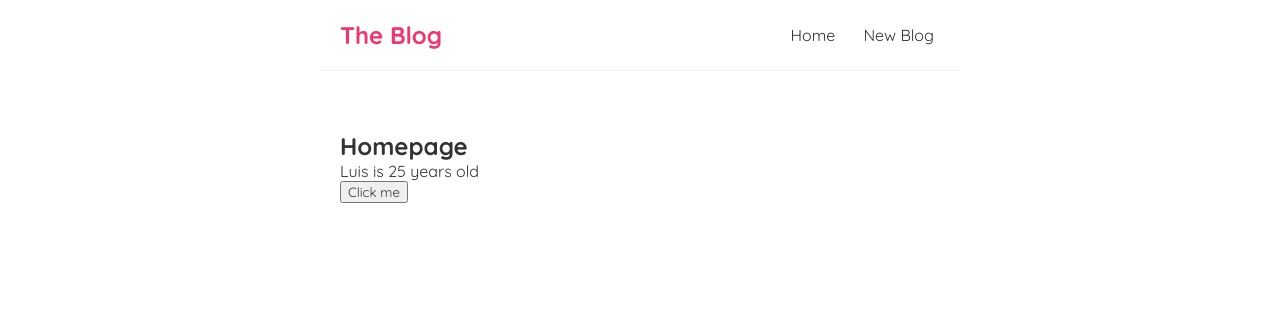
Repository: castilla-aurela/react-blog
Page: /
The author's editor kept a copy of each file at every save. The page is drawn from the files as they stood at one save, then again after a run of saves.
The browser window is 1280 px wide. The pictures show the whole page.
The project was rebuilt for these pictures with package versions that can differ from the ones it lists, and the page was loaded fresh each time.

Above is the page before, as saved 2022-02-17 16:49:31.

### src/index.css
@import url('https://fonts.googleapis.com/css2?family=Quicksand:wght@300;400;500;600;700&display=swap');

/* base styles */

* {
  margin: 0;
  font-family: "Quicksand";
  color: #333;
}

.navbar {
  padding: 20px;
  display: flex;
  align-items: center;
  max-width: 600px;
  margin: 0 auto;
  border-bottom: 1px solid #f2f2f2;
}
.navbar h1 {
  color: #f1356d;
}
.navbar .links {
  margin-left: auto;
}
.navbar a {
  margin-left: 16px;
  text-decoration: none;
  padding: 6px;
}
.navbar a:hover {
  color: #f1356d;
}
.content {
  max-width: 600px;
  margin: 40px auto;
  padding: 20px;

}

### src/App.js

import Home from './Home';
import Navbar from './Navbar';


function App() {
  return (
    <div className="App">
      <Navbar/>
      <div className='content'>
        <Home/>
      </div>
    </div>
  );
}

export default App;

### src/Home.js
import { useState } from "react";

const Home = () => {
    //let name = 'Luis'
    const [name, setName] = useState('Luis');
    const [age, setAge] = useState(25);
    const [blogs, setBlogs] = useState([
        {tittle: 'My new website', body: 'lorem ipsum ...', author: 'Luis', id: 1},
        {tittle: 'Welcome party', body: 'lorem ipsum ...', author: 'Fernando', id: 2},
        {tittle: 'Dev Tools', body: 'lorem ipsum ...', author: 'Mary', id: 3},
    ]);

    const handleClick = () =>{
        //name = "Fernando";
        //console.log(name)
        setName('Fernando');
        setAge(30);
    }

    return (
        <div className="home">
            <h2>Homepage</h2>
            <p>{ name } is { age } years old</p>
            <button onClick={handleClick}>Click me</button>
            {blogs.map((blog)=>(
                <div className="blog-preview" key={blog.id}>
                    <h2>{}</h2>
                </div>
                ))}
        </div>
     );
}

export default Home;

### src/Navbar.js
const Navbar = () => {
    return (
        <nav className="navbar">
            <h1>The Blog</h1>
            <div className="links">
                <a href="/">Home</a>
                <a href="/create" >New Blog</a>
            </div>
        </nav>

     );
}

export default Navbar;

Loaded but not shown: public/index.html (common file); src/index.js (common file)

After the next 5 saves:
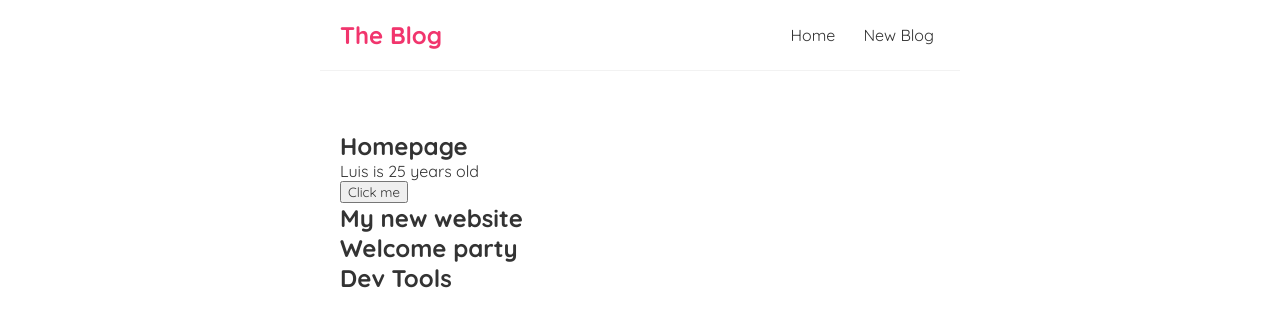
The 5 saves are shown as one change because 1 did not build or start and some came seconds apart.
The last was saved 15 s later.
--- a/src/Home.js
+++ b/src/Home.js
@@ -24,7 +24,8 @@ const Home = () => {
             <button onClick={handleClick}>Click me</button>
             {blogs.map((blog)=>(
                 <div className="blog-preview" key={blog.id}>
-                    <h2>{}</h2>
+                    <h2>{ blog.tittle}</h2>
+                    <p></p>
                 </div>
                 ))}
         </div>
